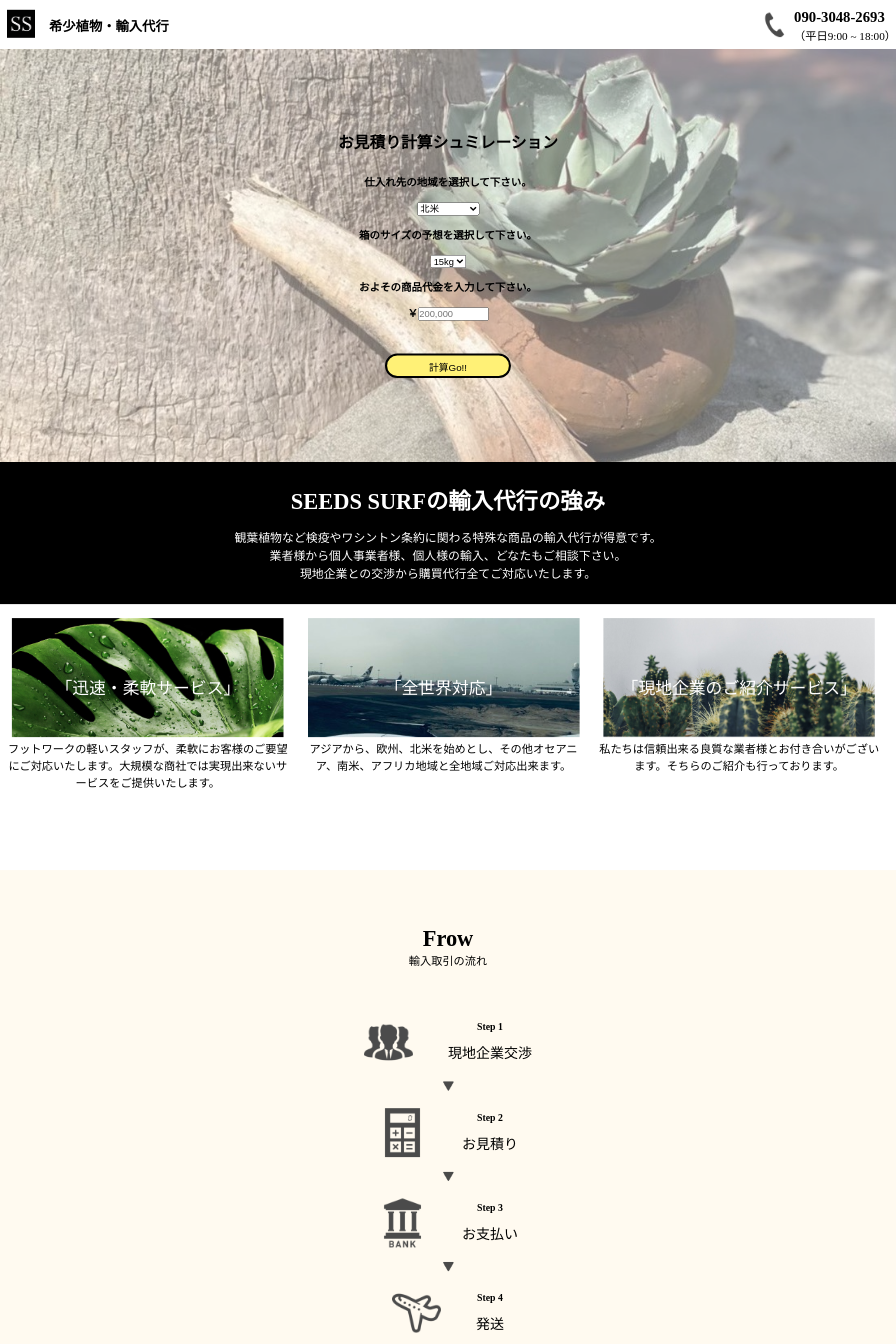
Repository: Seiya00002/seeds-surf-lp
Page: index.html
The author's editor kept a copy of each file at every save. The page is drawn from the files as they stood at one save, then again after a run of saves.
The browser window is 1280 px wide. The pictures show the part of the page from y = 0 to 1920 px (the page is 4231 px tall), at 70% of full size.

Above is the page before, as saved 2023-07-16 09:32:46.

After the next 2 saves:
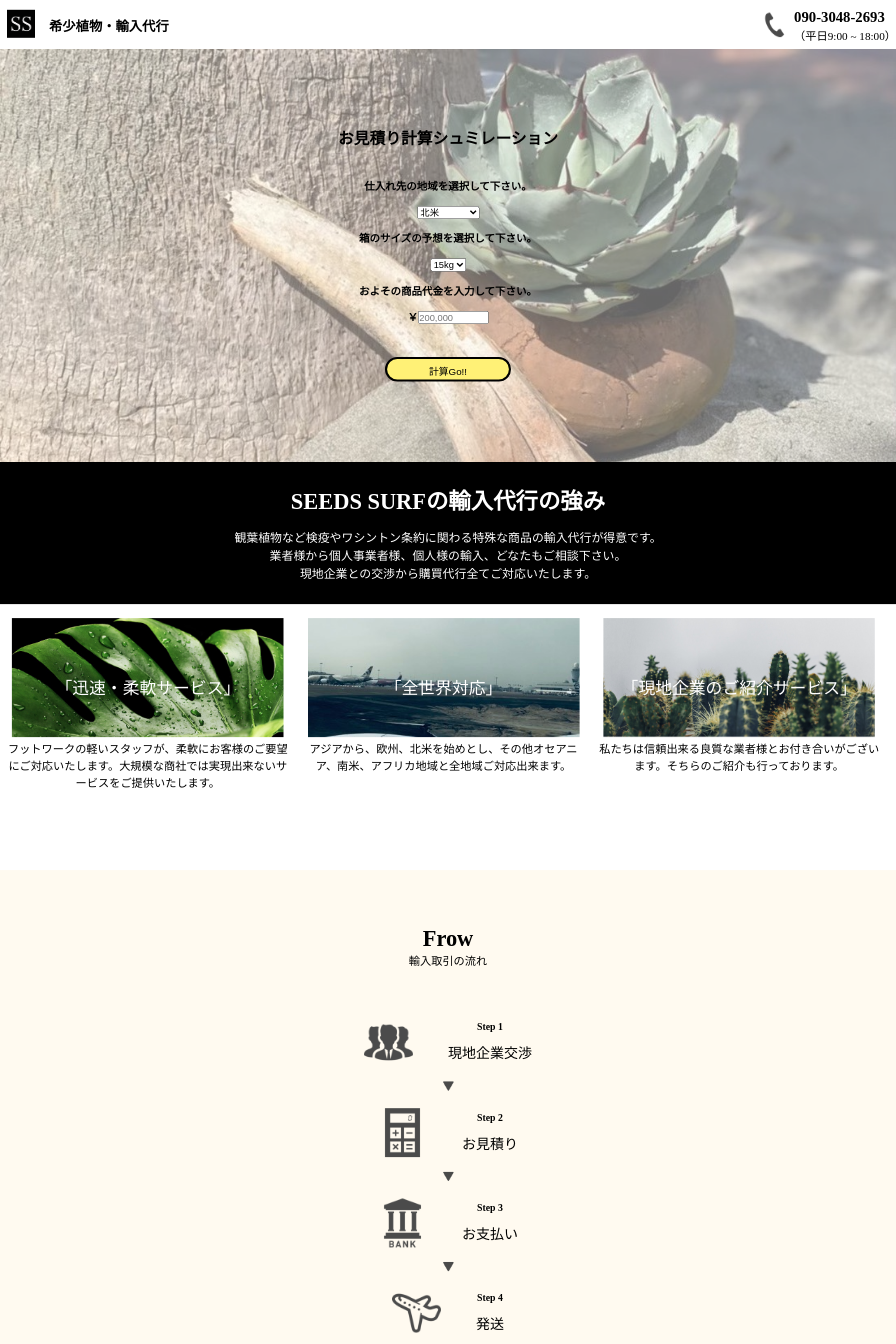
The 2 saves are shown as one change because they came seconds apart.
The last was saved 11 s later.
--- a/css/style.css
+++ b/css/style.css
@@ -82,7 +82,7 @@ header p {
     background: rgb(255, 255, 255,0.4);
 }
 .hero_message h2 {
-    padding-bottom: 20px;
+    padding-bottom: 30px;
 }
 
 .top_message {
